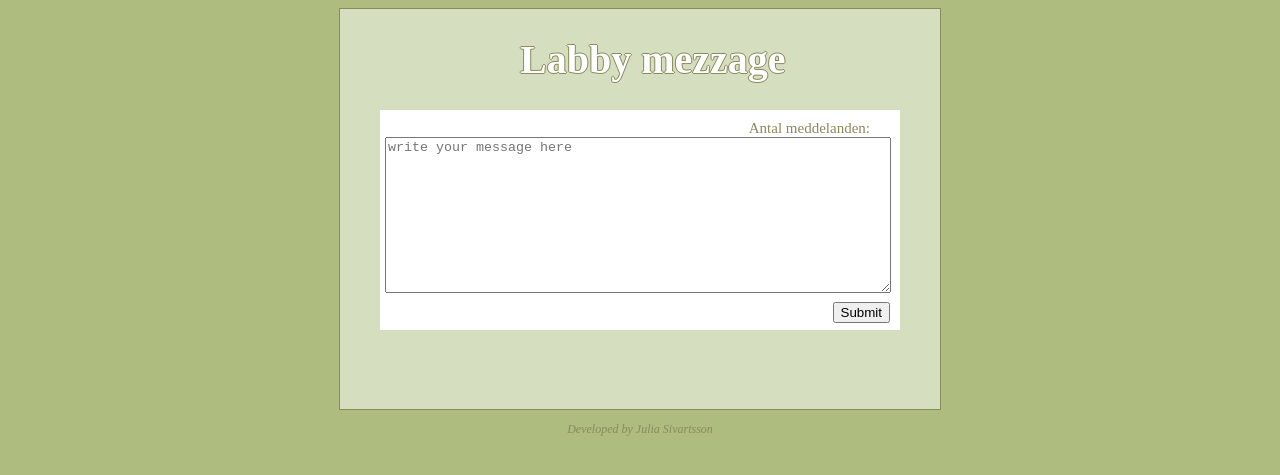
Repository: JuliaSivartsson/1dv403-jsigc09-laborationer
Page: 2-labbymezzage/index.html
The author's editor kept a record of every edit. The page is drawn from the files as they stood at one moment, then again after the next edit.
The browser window is 1280 px wide. The pictures show the whole page.

Above is the page before.
Console error: TypeError: Cannot set properties of null (setting 'innerHTML')

After the next edit:
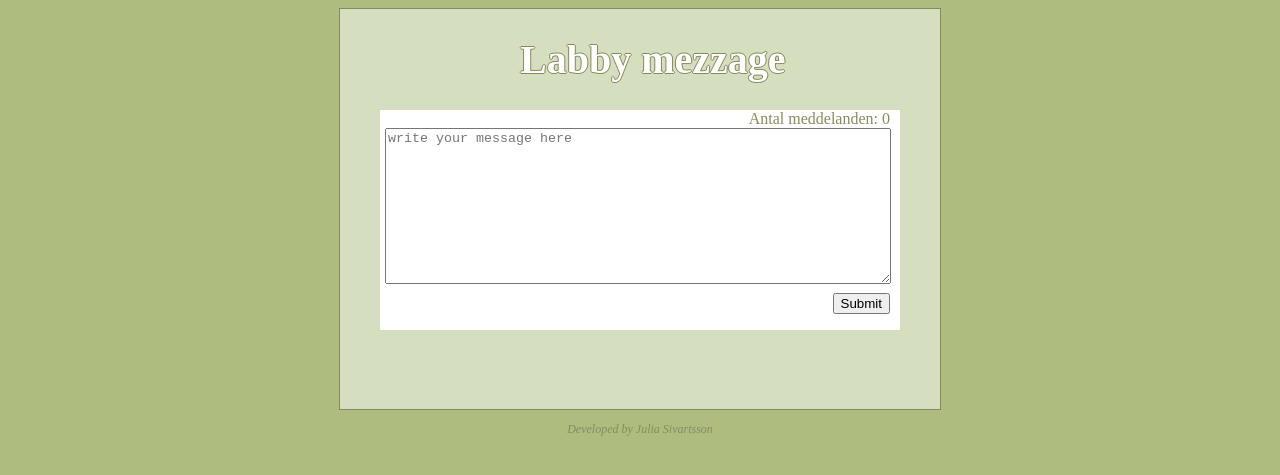
The error is gone.
The edit:
--- a/2-labbymezzage/index.html
+++ b/2-labbymezzage/index.html
@@ -10,7 +10,7 @@
             <h1>Labby mezzage</h1>
 
             <div id="text">
-                <p class="right">Antal meddelanden:</p>
+                <div id="count" class="right">Antal meddelanden: 0</div>
                 <form action="post" name="form">
                     <textarea id="messagearea" name"messagearea" placeholder="write your message here"></textarea>
                     <input id="sendmessage" class="right" class="button" type="submit" value="Submit">
